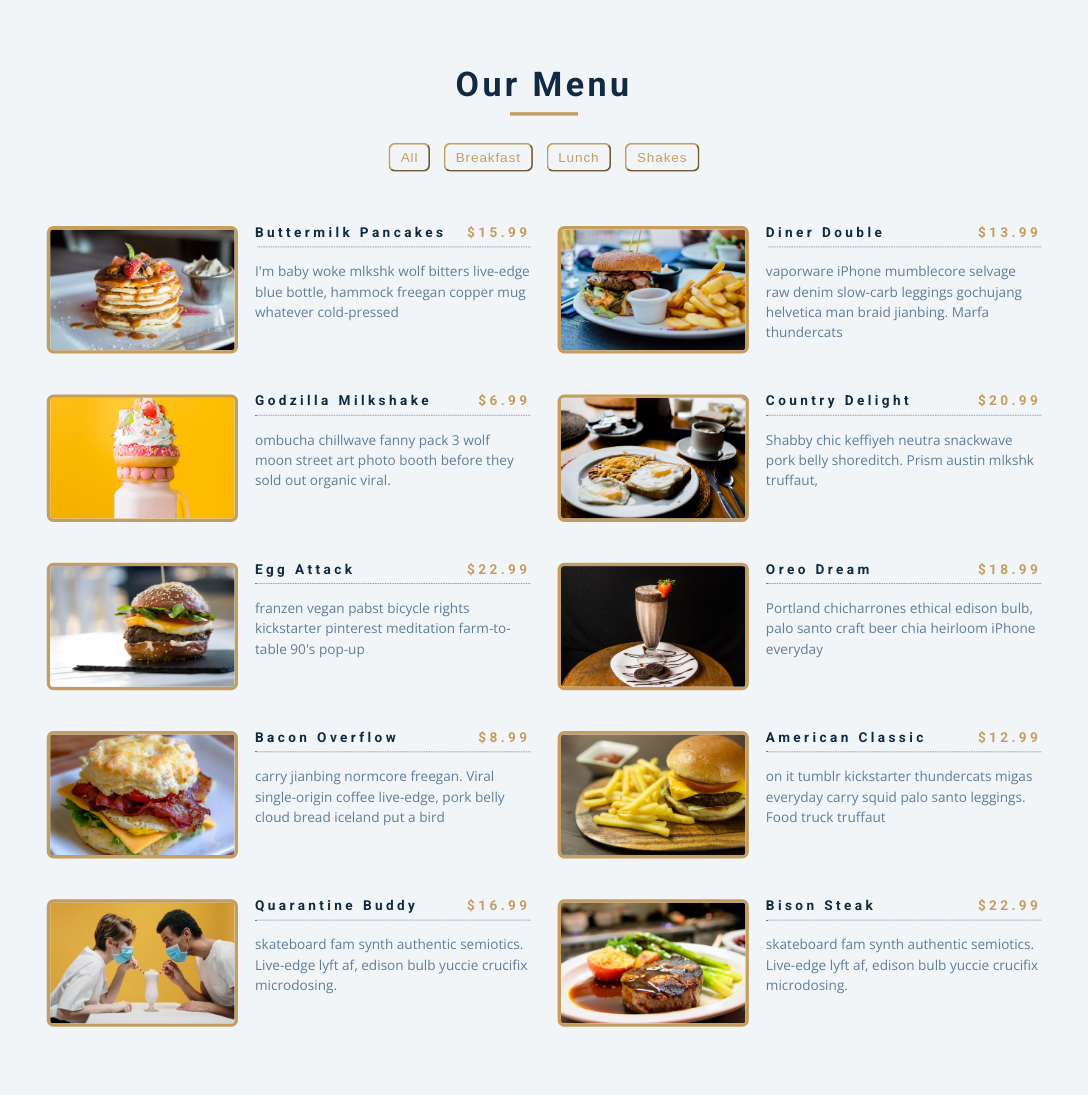
Repository: Seryozha02/MenuProject
Page: menuFilter/index.html
The author's editor kept a copy of each file at every save. The page is drawn from the files as they stood at one save, then again after the next save.
The browser window is 1280 px wide. The pictures show the whole page, at 85% of full size.
Some web libraries are served in a nearby version.

Above is the page before, as saved 2022-02-17 23:36:05.

### menuFilter/index.html
<!DOCTYPE html>
<html lang="en">
  <head>
    <meta charset="UTF-8" />
    <meta name="viewport" content="width=device-width, initial-scale=1.0" />
    <title>Starter</title>
    <!-- font-awesome -->
    <link
      rel="stylesheet"
      href="https://cdnjs.cloudflare.com/ajax/libs/font-awesome/5.14.0/css/all.min.css"
    />
    <!-- styles -->
    <link rel="stylesheet" href="styles.css" />
  </head>
  <body>
    <section class="menu">
      <!-- title -->
      <div class="title">
        <h2>our menu</h2>
        <div class="underline"></div>
      </div>
      <!-- filter buttons -->
      <div class="btn-container">
        <button type="button" class="filter-btn" data-id="all">all</button>
          <button type="button" class="filter-btn" data-id="breakfast">
            breakfast
          </button>
          <button type="button" class="filter-btn" data-id="lunch">lunch</button>
          <button type="button" class="filter-btn" data-id="shakes">
            shakes
          </button>
      </div>
      <!-- menu items -->
      <div class="section-center">

      </div>
    </section>
    <!-- javascript -->
    <script type="module" src="./app.js"></script>
  </body>
</html>

### menuFilter/styles.css
/*
===============
Fonts
===============
*/
@import url("https://fonts.googleapis.com/css?family=Open+Sans|Roboto:400,700&display=swap");

/*
===============
Variables
===============
*/

:root {
  /* dark shades of primary color*/
  --clr-primary-1: hsl(205, 86%, 17%);
  --clr-primary-2: hsl(205, 77%, 27%);
  --clr-primary-3: hsl(205, 72%, 37%);
  --clr-primary-4: hsl(205, 63%, 48%);
  /* primary/main color */
  --clr-primary-5: #49a6e9;
  /* lighter shades of primary color */
  --clr-primary-6: hsl(205, 89%, 70%);
  --clr-primary-7: hsl(205, 90%, 76%);
  --clr-primary-8: hsl(205, 86%, 81%);
  --clr-primary-9: hsl(205, 90%, 88%);
  --clr-primary-10: hsl(205, 100%, 96%);
  /* darkest grey - used for headings */
  --clr-grey-1: hsl(209, 61%, 16%);
  --clr-grey-2: hsl(211, 39%, 23%);
  --clr-grey-3: hsl(209, 34%, 30%);
  --clr-grey-4: hsl(209, 28%, 39%);
  /* grey used for paragraphs */
  --clr-grey-5: hsl(210, 22%, 49%);
  --clr-grey-6: hsl(209, 23%, 60%);
  --clr-grey-7: hsl(211, 27%, 70%);
  --clr-grey-8: hsl(210, 31%, 80%);
  --clr-grey-9: hsl(212, 33%, 89%);
  --clr-grey-10: hsl(210, 36%, 96%);
  --clr-white: #fff;
  --clr-red-dark: hsl(360, 67%, 44%);
  --clr-red-light: hsl(360, 71%, 66%);
  --clr-green-dark: hsl(125, 67%, 44%);
  --clr-green-light: hsl(125, 71%, 66%);
  --clr-gold: #c59d5f;
  --clr-black: #222;
  --ff-primary: "Roboto", sans-serif;
  --ff-secondary: "Open Sans", sans-serif;
  --transition: all 0.3s linear;
  --spacing: 0.25rem;
  --radius: 0.5rem;
  --light-shadow: 0 5px 15px rgba(0, 0, 0, 0.1);
  --dark-shadow: 0 5px 15px rgba(0, 0, 0, 0.2);
  --max-width: 1170px;
  --fixed-width: 620px;
}
/*
===============
Global Styles
===============
*/

*,
::after,
::before {
  margin: 0;
  padding: 0;
  box-sizing: border-box;
}
body {
  font-family: var(--ff-secondary);
  background: var(--clr-grey-10);
  color: var(--clr-grey-1);
  line-height: 1.5;
  font-size: 0.875rem;
}
ul {
  list-style-type: none;
}
a {
  text-decoration: none;
}
img:not(.logo) {
  width: 100%;
}
img {
  display: block;
}

h1,
h2,
h3,
h4 {
  letter-spacing: var(--spacing);
  text-transform: capitalize;
  line-height: 1.25;
  margin-bottom: 0.75rem;
  font-family: var(--ff-primary);
}
h1 {
  font-size: 3rem;
}
h2 {
  font-size: 2rem;
}
h3 {
  font-size: 1.25rem;
}
h4 {
  font-size: 0.875rem;
}
p {
  margin-bottom: 1.25rem;
  color: var(--clr-grey-5);
}
@media screen and (min-width: 800px) {
  h1 {
    font-size: 4rem;
  }
  h2 {
    font-size: 2.5rem;
  }
  h3 {
    font-size: 1.75rem;
  }
  h4 {
    font-size: 1rem;
  }
  body {
    font-size: 1rem;
  }
  h1,
  h2,
  h3,
  h4 {
    line-height: 1;
  }
}
/*  global classes */

.btn {
  text-transform: uppercase;
  background: transparent;
  color: var(--clr-black);
  padding: 0.375rem 0.75rem;
  letter-spacing: var(--spacing);
  display: inline-block;
  transition: var(--transition);
  font-size: 0.875rem;
  border: 2px solid var(--clr-black);
  cursor: pointer;
  box-shadow: 0 1px 3px rgba(0, 0, 0, 0.2);
  border-radius: var(--radius);
}
.btn:hover {
  color: var(--clr-white);
  background: var(--clr-black);
}
/* section */
.section {
  padding: 5rem 0;
}

main {
  min-height: 100vh;
  display: grid;
  place-items: center;
}
/*
===============
Menu
===============
*/

.menu {
  padding: 5rem 0;
}
.title {
  text-align: center;
  margin-bottom: 2rem;
}
.underline {
  width: 5rem;
  height: 0.25rem;
  background: var(--clr-gold);
  margin-left: auto;
  margin-right: auto;
}
.btn-container {
  margin-bottom: 4rem;
  display: flex;
  justify-content: center;
}
.filter-btn {
  background: transparent;
  border-color: var(--clr-gold);
  font-size: 1rem;
  text-transform: capitalize;
  margin: 0 0.5rem;
  letter-spacing: 1px;
  border-radius: var(--radius);
  padding: 0.375rem 0.75rem;
  color: var(--clr-gold);
  cursor: pointer;
  transition: var(--transition);
}
.filter-btn:hover {
  background: var(--clr-gold);
  color: var(--clr-white);
}
.section-center {
  width: 90vw;
  margin: 0 auto;
  max-width: 1170px;
  display: grid;
  gap: 3rem 2rem;
  justify-items: center;
}
.menu-item {
  display: grid;
  gap: 1rem 2rem;
  max-width: 25rem;
}
.photo {
  object-fit: cover;
  height: 200px;
  border: 0.25rem solid var(--clr-gold);
  border-radius: var(--radius);
}
.item-info header {
  display: flex;
  justify-content: space-between;
  border-bottom: 0.5px dotted var(--clr-grey-5);
}
.item-info h4 {
  margin-bottom: 0.5rem;
}
.price {
  color: var(--clr-gold);
}
.item-text {
  margin-bottom: 0;
  padding-top: 1rem;
}

@media screen and (min-width: 768px) {
  .menu-item {
    grid-template-columns: 225px 1fr;
    gap: 0 1.25rem;
    max-width: 40rem;
  }
  .photo {
    height: 175px;
  }
}
@media screen and (min-width: 1200px) {
  .section-center {
    width: 95vw;
    grid-template-columns: 1fr 1fr;
  }
  .photo {
    height: 150px;
  }
}

### menuFilter/app.js
import { menu } from "./data.js";

// get parent element
const sectionCenter = document.querySelector(".section-center");
const btnContainer = document.querySelector(".btn-container");
// display all items when page loads
window.addEventListener("DOMContentLoaded", function () {
  displayMenuItems(menu);
  displayMenuButtons();
});

function displayMenuItems(menuItems) {
  let displayMenu = menuItems.map(function (item) {
    // console.log(item);

    return `<article class="menu-item">
            <img src=${item.img} alt=${item.title} class="photo" />
            <div class="item-info">
              <header>
                <h4>${item.title}</h4>
                <h4 class="price">$${item.price}</h4>
              </header>
              <p class="item-text">
                ${item.desc}
              </p>
            </div>
          </article>`;
  });
  displayMenu = displayMenu.join("");
  // console.log(displayMenu);

  sectionCenter.innerHTML = displayMenu;
}

function displayMenuButtons() {
  //add display buttons here
}
const buttons = document.querySelectorAll(".filter-btn");
buttons.forEach(filterBtn  => {
  filterBtn.addEventListener("click", () => {
    const value = filterBtn.getAttribute("data-id");
    if(value === "all"){
      displayMenuItems(menu);
      return;
    }
    const filterArr = menu.filter(item => item.category === value);
    let card = filterArr.map(function(item){
      return `<article class="menu-item">
            <img src=${item.img} alt=${item.title} class="photo" />
            <div class="item-info">
              <header>
                <h4>${item.title}</h4>
                <h4 class="price">$${item.price}</h4>
              </header>
              <p class="item-text">
                ${item.desc}
              </p>
            </div>
          </article>`;
    }).join("");
    sectionCenter.innerHTML=card;
  })
})

### data.js
export const menu = [
  {
    id: 1,
    title: "buttermilk pancakes",
    category: "breakfast",
    price: 15.99,
    img: "./images/item-1.jpeg",
    desc: `I'm baby woke mlkshk wolf bitters live-edge blue bottle, hammock freegan copper mug whatever cold-pressed `,
  },
  {
    id: 2,
    title: "diner double",
    category: "lunch",
    price: 13.99,
    img: "./images/item-2.jpeg",
    desc: `vaporware iPhone mumblecore selvage raw denim slow-carb leggings gochujang helvetica man braid jianbing. Marfa thundercats `,
  },
  {
    id: 3,
    title: "godzilla milkshake",
    category: "shakes",
    price: 6.99,
    img: "./images/item-3.jpeg",
    desc: `ombucha chillwave fanny pack 3 wolf moon street art photo booth before they sold out organic viral.`,
  },
  {
    id: 4,
    title: "country delight",
    category: "breakfast",
    price: 20.99,
    img: "./images/item-4.jpeg",
    desc: `Shabby chic keffiyeh neutra snackwave pork belly shoreditch. Prism austin mlkshk truffaut, `,
  },
  {
    id: 5,
    title: "egg attack",
    category: "lunch",
    price: 22.99,
    img: "./images/item-5.jpeg",
    desc: `franzen vegan pabst bicycle rights kickstarter pinterest meditation farm-to-table 90's pop-up `,
  },
  {
    id: 6,
    title: "oreo dream",
    category: "shakes",
    price: 18.99,
    img: "./images/item-6.jpeg",
    desc: `Portland chicharrones ethical edison bulb, palo santo craft beer chia heirloom iPhone everyday`,
  },
  {
    id: 7,
    title: "bacon overflow",
    category: "breakfast",
    price: 8.99,
    img: "./images/item-7.jpeg",
    desc: `carry jianbing normcore freegan. Viral single-origin coffee live-edge, pork belly cloud bread iceland put a bird `,
  },
  {
    id: 8,
    title: "american classic",
    category: "lunch",
    price: 12.99,
    img: "./images/item-8.jpeg",
    desc: `on it tumblr kickstarter thundercats migas everyday carry squid palo santo leggings. Food truck truffaut  `,
  },
  {
    id: 9,
    title: "quarantine buddy",
    category: "shakes",
    price: 16.99,
    img: "./images/item-9.jpeg",
    desc: `skateboard fam synth authentic semiotics. Live-edge lyft af, edison bulb yuccie crucifix microdosing.`,
  },
  {
    id: 10,
    title: "bison steak",
    category: "dinner",
    price: 22.99,
    img: "./images/item-10.jpeg",
    desc: `skateboard fam synth authentic semiotics. Live-edge lyft af, edison bulb yuccie crucifix microdosing.`,
  },
];

After the next save:
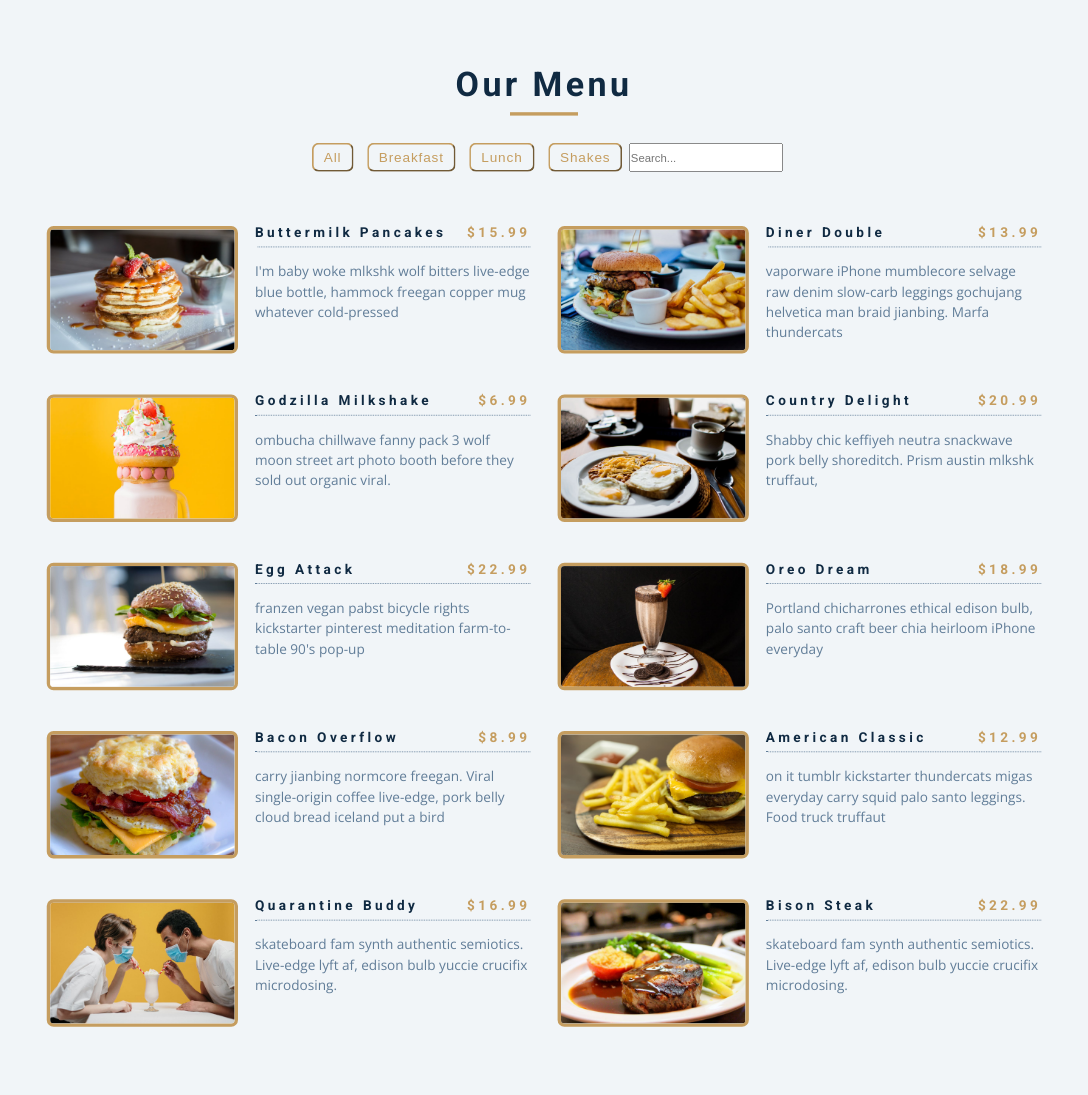
Saved 15 min 35 s later.
--- a/menuFilter/index.html
+++ b/menuFilter/index.html
@@ -29,6 +29,7 @@
           <button type="button" class="filter-btn" data-id="shakes">
             shakes
           </button>
+          <input type="search" placeholder="Search..."/>
       </div>
       <!-- menu items -->
       <div class="section-center">
